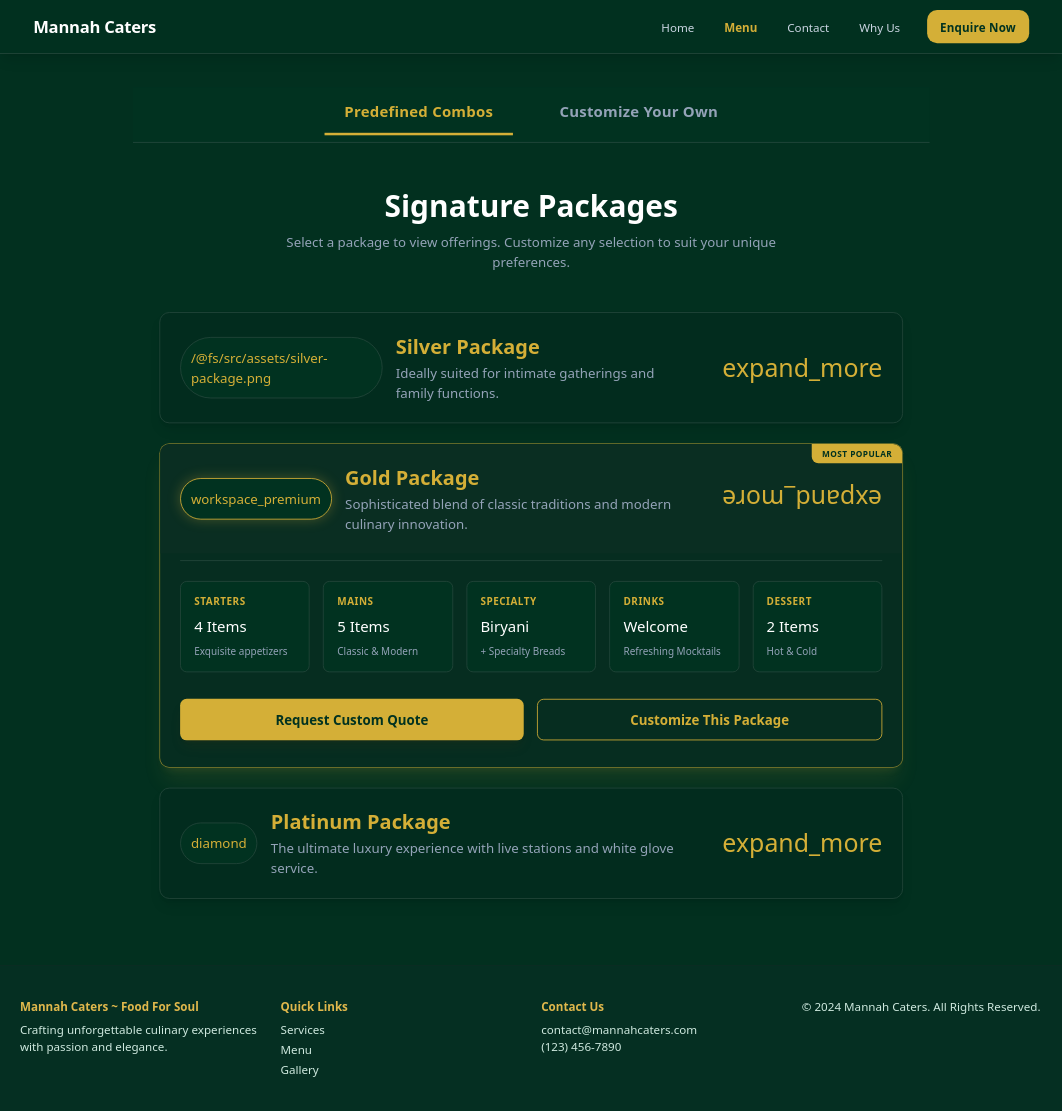
Repository: B-U-G-Freelancers/mannah_caterers
Page: /menu
These files come from the project's save history. The page is drawn as it stood at one moment and after a run of saves; the edit follows.
The browser window is 1280 px wide. The pictures show the whole page, at 83% of full size.
The project was rebuilt for these pictures with package versions that can differ from the ones it lists, and the page was loaded fresh each time. Some packages were replaced by stand-ins written for this rebuild. Also part of the build but not shown: vite.config.js, src/pages/Home.jsx, src/components/MenuItem.jsx, src/components/CartSideBar.jsx, src/components/CustomizeView.jsx, src/pages/Contact.jsx, src/pages/Why.jsx. Imported but missing from the stored project, and not drawn on this page: .

Above is the page before, as saved 2025-12-17 14:06:19.

After the next 3 saves:
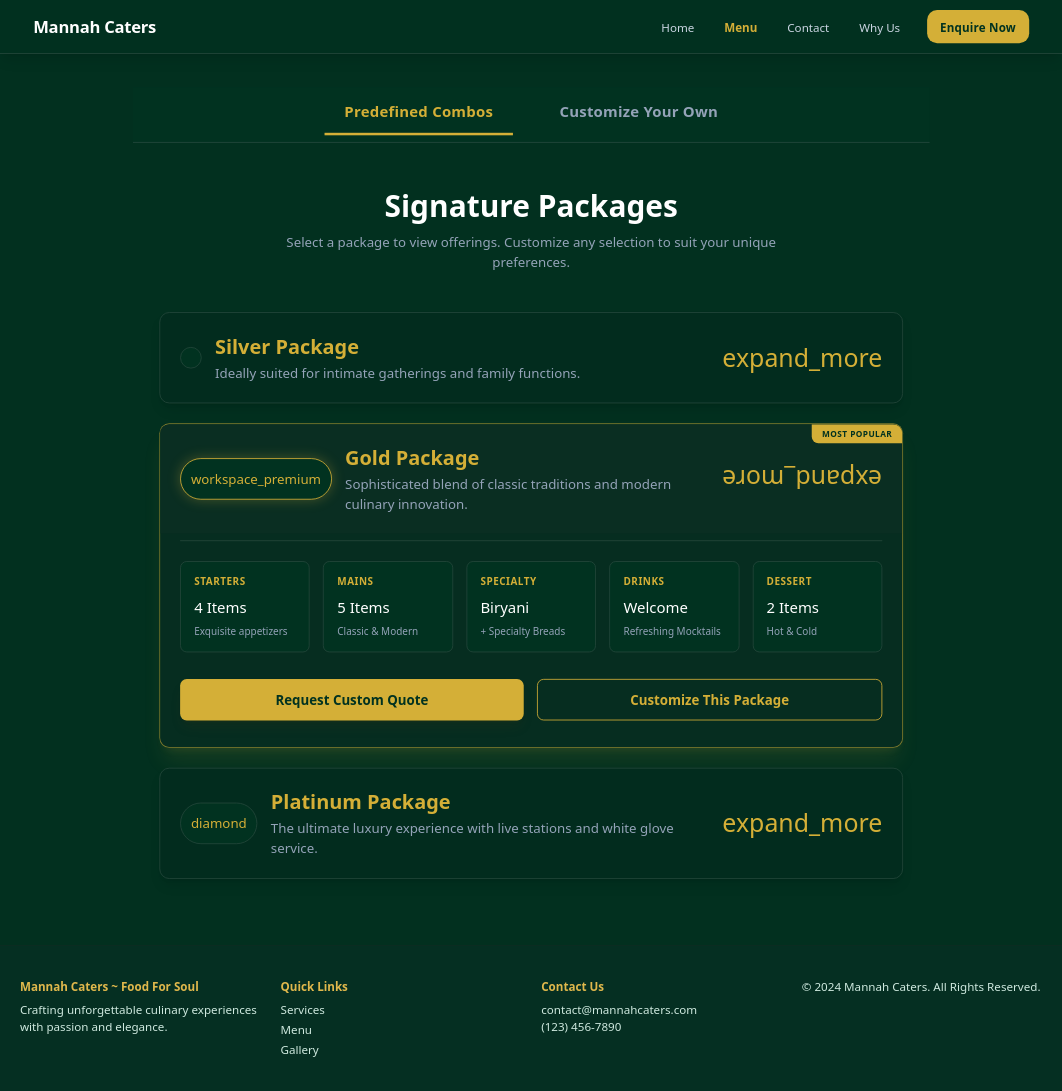
The 3 saves are shown as one change because they came seconds apart.
The last was saved 3 min 44 s later.
--- a/src/constants.js
+++ b/src/constants.js
@@ -1,4 +1,4 @@
-import Silver from "./assets/silver-package.png"
+import Silver from "../"
 export const CATEGORIES = [
   { id: "starters", label: "Starters", title: "Appetizers & Starters" },
   { id: "mains", label: "Main Course", title: "Main Course" },
